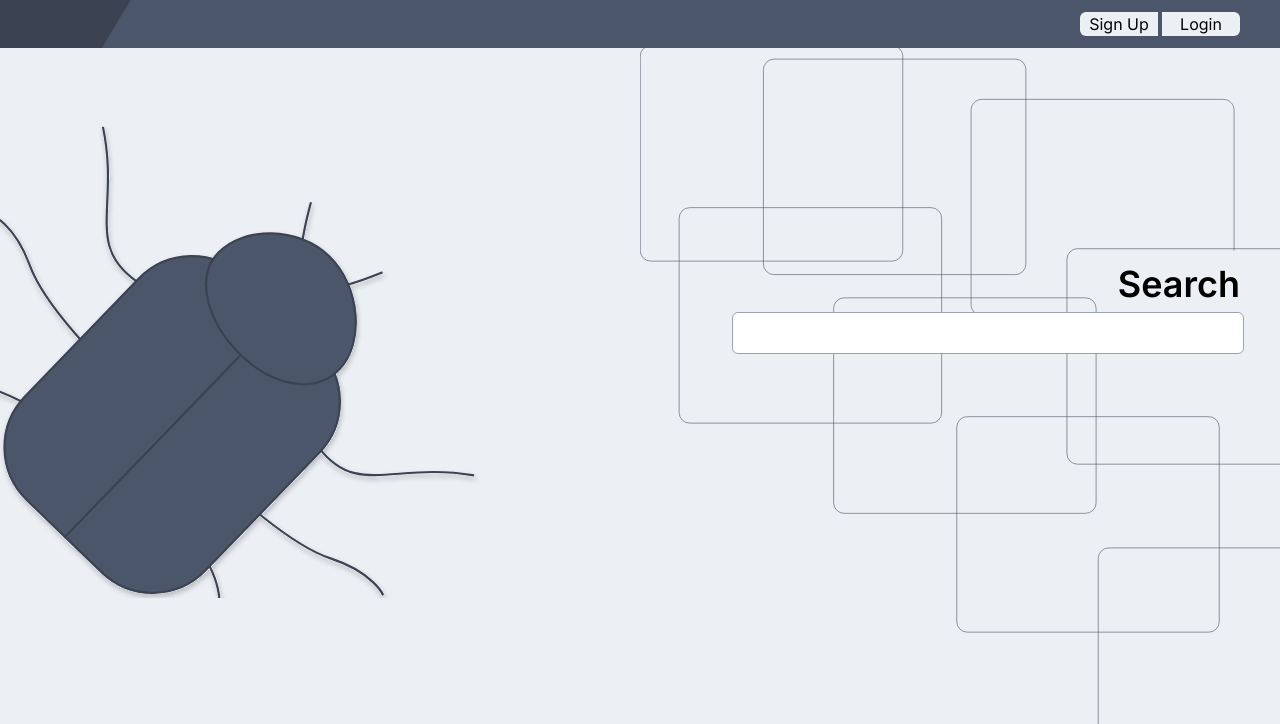
Repository: Qu4ntumGuy/project-bug
Page: /
An editor plug-in stored every save of this project. The page is shown before and after the next save, followed by the edit.
The browser window is 1280 px wide. The pictures show the whole page.
The project was rebuilt for these pictures with package versions that can differ from the ones it lists, and the page was loaded fresh each time. The framework's server and built-in components were replaced by stand-ins that run in the browser. Also part of the build but not shown: next.config.mjs, src/components/Diamond.module.css.

Above is the page before, as saved 2024-02-13 23:18:04.

After the next save:
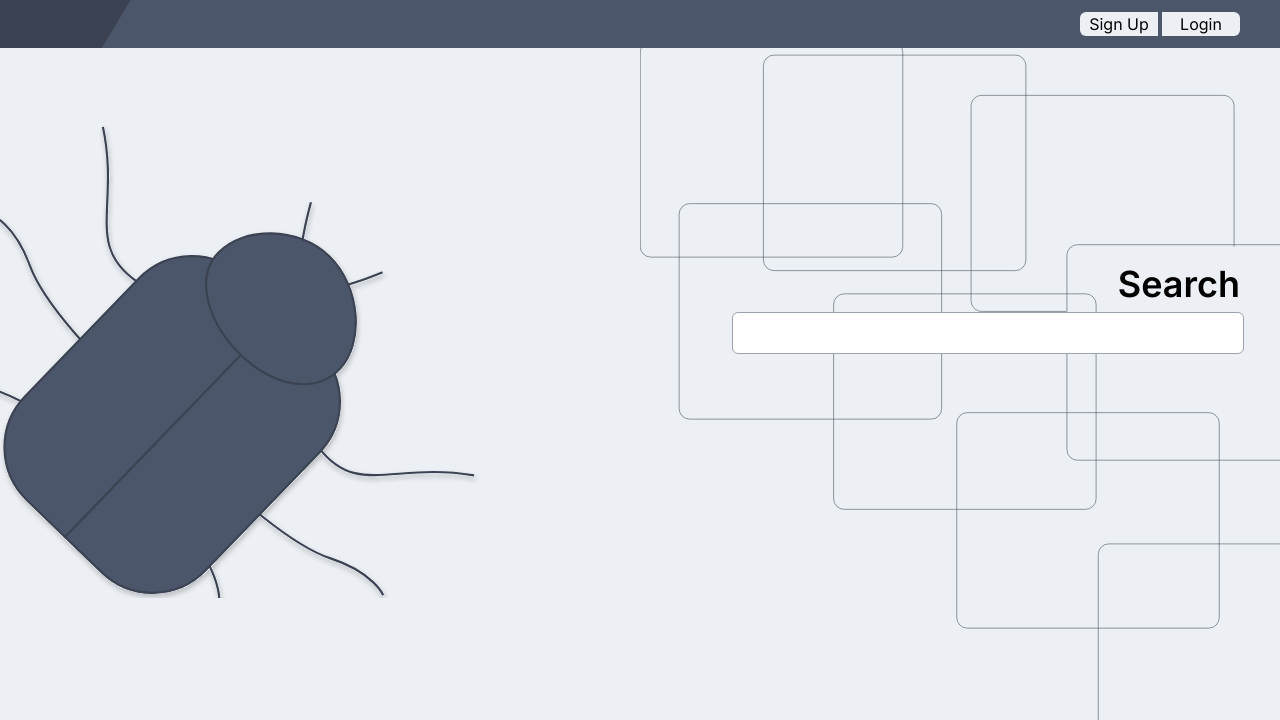
Saved 8 s later.
--- a/src/app/page.js
+++ b/src/app/page.js
@@ -17,7 +17,7 @@ export default function Home() {
         </div>
         <div className="w-full">
           <Image
-            className="absolute top-1 right-0 w-[50%] h-[100%]"
+            className="absolute top-0 right-0 w-[50%] h-[100%]"
             height={650}
             src={bgdesign}
             alt="bgdesign"
